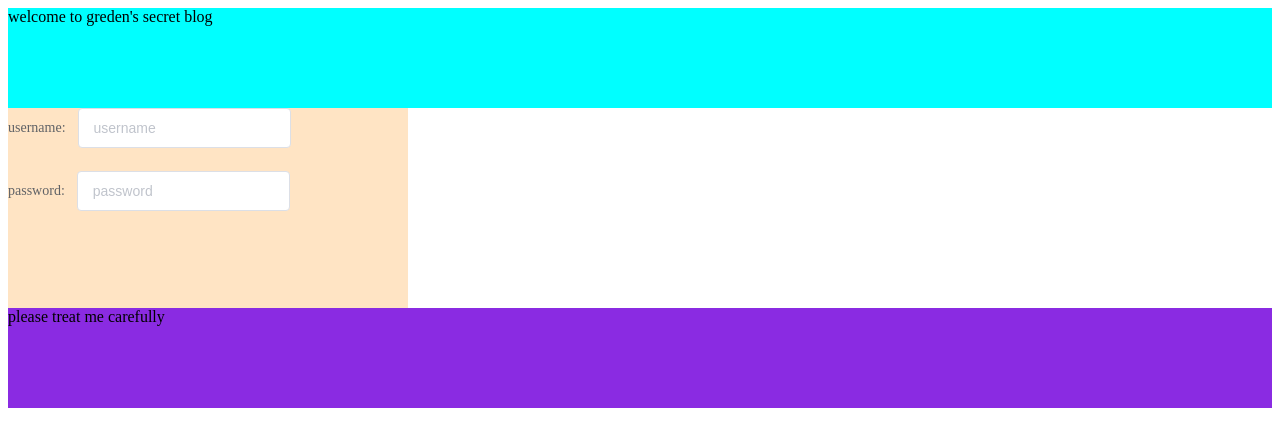
Repository: greden0814/myBlog
Page: /
These files come from the project's save history. The page is drawn as it stood at one moment and after the next save; the edit follows.
The browser window is 1280 px wide. The pictures show the whole page.
The project was rebuilt for these pictures with package versions that can differ from the ones it lists, and the page was loaded fresh each time.

Above is the page before, as saved 2021-07-10 18:41:59.

### index.html
<!DOCTYPE html>
<html>
  <head>
    <meta charset="utf-8">
    <meta name="viewport" content="width=device-width,initial-scale=1.0">
    <title>myblog</title>
  </head>
  <body>
    <div id="app"></div>
    <!-- built files will be auto injected -->
  </body>
</html>

### src/App.vue
<template>
  <div id="app">
    <!-- <img src="./assets/logo.png"> -->
    <router-view/>
  </div>
</template>

<script>
export default {
  name: 'App'
}
</script>

<style></style>

### src/router/index.js
import Vue from 'vue'
import Router from 'vue-router'

Vue.use(Router)

export default new Router({
  routes: [
    {
      path: '/',
      name: 'login',
      component: () => import('@/views/login'),
      children: [{
        path: '/login',
        name: 'login',
        component: () => import('@/views/login')
      }]
    }
  ]
})

### src/views/login/index.vue
<template>
  <div class="loginPage">
    <div class="header">welcome to greden's secret blog</div>
    <div class="body">
      <div class="loginZone">
        <el-form ref="ruleForm" :model="ruleForm" label-width="80" inline>
          <el-form-item label="username: ">
            <el-input v-model="ruleForm.username" placeholder="username" />
          </el-form-item>
          <el-form-item label="password: ">
            <el-input v-model="ruleForm.password" placeholder="password" />
          </el-form-item>
        </el-form>
      </div>
    </div>
    <div class="footer">please treat me carefully</div>
  </div>
</template>

<script>
export default {
  data() {
    return {
      ruleForm: {
        username: "",
        password: "",
      },
    };
  },
  created() {},
  methods: {},
};
</script>

<style lang="less" scoped>
.loginPage {
  .header {
    height: 100px;
    background-color: aqua;
  }
  .body {
    .loginZone {
      height: 200px;
      width: 400px;
      background-color: bisque;
    }
  }
  .footer {
    height: 100px;
    background-color: blueviolet;
  }
}
</style>

Loaded but not shown: src/main.js (common file)

After the next save:
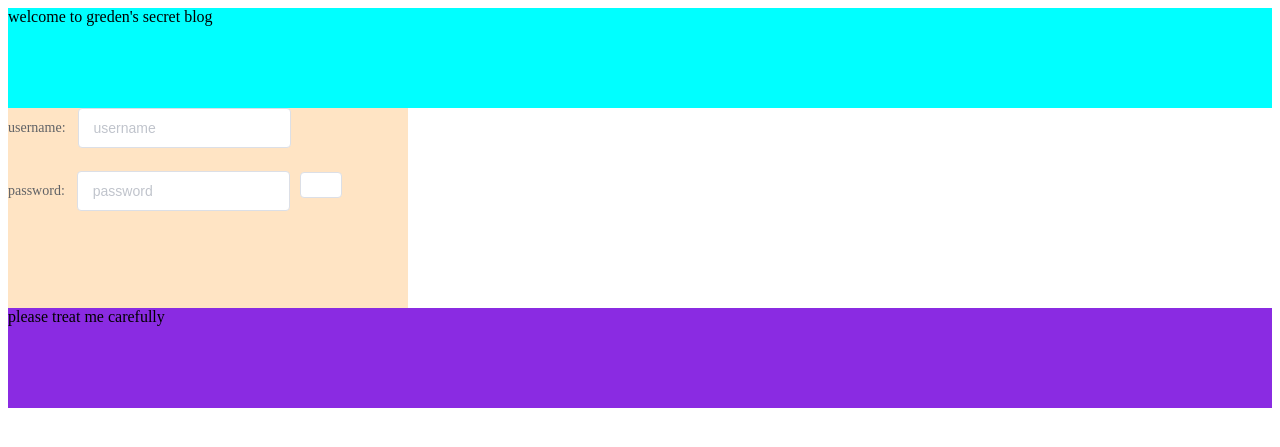
Saved 2 min 11 s later.
--- a/src/views/login/index.vue
+++ b/src/views/login/index.vue
@@ -10,7 +10,9 @@
           <el-form-item label="password: ">
             <el-input v-model="ruleForm.password" placeholder="password" />
           </el-form-item>
+          <el-button @click="submitForm"></el-button>
         </el-form>
+        {{ submit }}
       </div>
     </div>
     <div class="footer">please treat me carefully</div>
@@ -25,10 +27,15 @@ export default {
         username: "",
         password: "",
       },
+      submit: ""
     };
   },
   created() {},
-  methods: {},
+  methods: {
+      submitForm() {
+          this.submit = "already submit"
+      }
+  },
 };
 </script>
 
